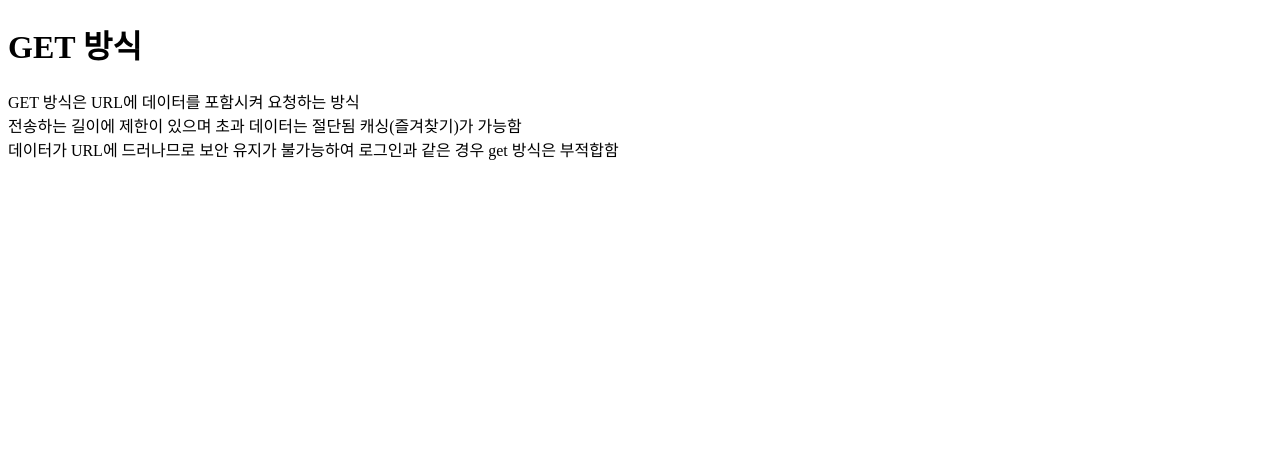
Repository: chuhj1226/servlet
Page: workspace/1_Servlet/WebContent/views/testServlet1.html
These files come from the project's save history. The page is drawn as it stood at one moment and after the next save; the edit follows.
The browser window is 1280 px wide. The pictures show the whole page.

Above is the page before, as saved 2021-10-04 09:20:06.

After the next save:
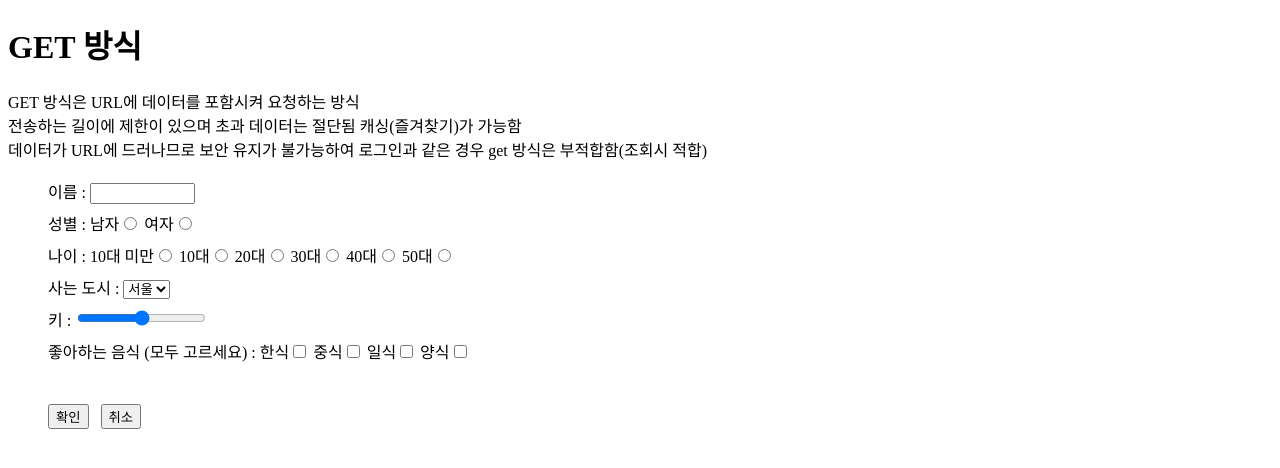
Saved 43 min 31 s later.
--- a/workspace/1_Servlet/WebContent/views/testServlet1.html
+++ b/workspace/1_Servlet/WebContent/views/testServlet1.html
@@ -10,8 +10,53 @@
 		GET 방식은 URL에 데이터를 포함시켜 요청하는 방식<br>
 		전송하는 길이에 제한이 있으며 초과 데이터는 절단됨
 		캐싱(즐겨찾기)가 가능함<br>
-		데이터가 URL에 드러나므로 보안 유지가 불가능하여 로그인과 같은 경우 get 방식은 부적합함
+		데이터가 URL에 드러나므로 보안 유지가 불가능하여 로그인과 같은 경우 get 방식은 부적합함(조회시 적합)
 	</p>
+	   <form>
+   <ul style="list-style: none; line-height: 200%;">
+               <li>이름 : <input type="text" name="name" size="10" /></li>
+               <li>성별 :
+                               남자<input type="radio" name="gender" value="남자" />
+                               여자<input type="radio" name="gender" value="여자" />
+               </li>
+               <li>나이 :
+                   10대 미만<input type="radio" name="age" value="10대 미만" />
+                   10대<input type="radio" name="age" value="10대" />
+                   20대<input type="radio" name="age" value="20대" />
+                   30대<input type="radio" name="age" value="30대" />
+                   40대<input type="radio" name="age" value="40대" />
+                   50대<input type="radio" name="age" value="50대" />
+               </li>
+               <li>사는 도시 :
+                   <select name="city">
+                       <option value="서울">서울</option>
+                       <option value="경기">경기</option>
+                       <option value="강원">강원</option>
+                       <option value="충북">충북</option>
+                       <option value="충남">충남</option>
+                       <option value="경북">경북</option>
+                       <option value="경남">경남</option>
+                       <option value="전북">전북</option>
+                       <option value="전남">전남</option>
+                       <option value="제주">제주</option>
+                   </select>
+               </li>
+               <li>키 :
+                   <input type="range" name="height" min="140" max="200" step="1">
+               </li>
+               <li>좋아하는 음식 (모두 고르세요) :
+                   <label for="food1">한식</label><input type="checkbox" name="food" id="korea" value="한식" />
+                   <label for="food2">중식</label><input type="checkbox" name="food" id="china" value="중식" />
+                   <label for="food3">일식</label><input type="checkbox" name="food" id="japan" value="일식" />
+                   <label for="food4">양식</label><input type="checkbox" name="food" id="western" value="양식" />
+               </li>
+               <li>
+                   <br/>
+                   <input type="submit" name="btnOK" id="btnOK" value="확인"  />&nbsp;&nbsp;
+                   <input type="reset" value="취소" />
+               </li>
+            </ul>
+       </form>
 
 </body>
 </html>
